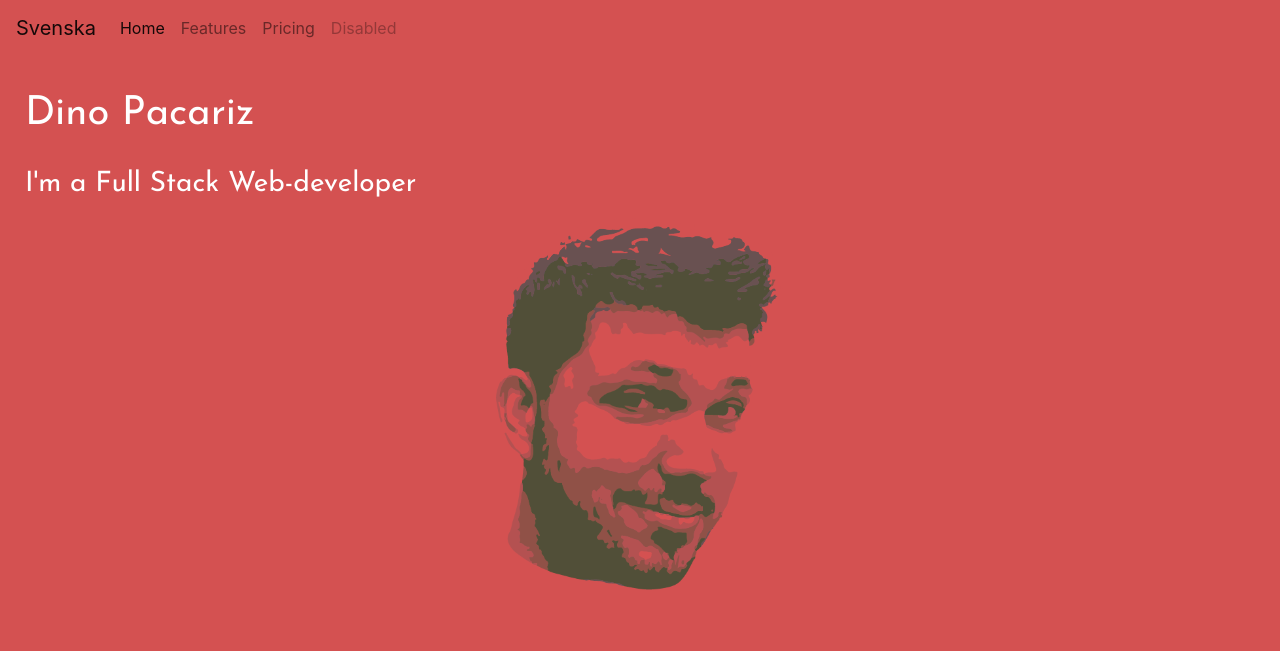
Repository: ImDino/Portfolio
Page: index.html
The author's editor kept a copy of each file at every save. The page is drawn from the files as they stood at one save, then again after the next save.
The browser window is 1280 px wide. The pictures show the whole page.
Some web libraries are served in a nearby version. The style sheet was rebuilt from its Sass, Less or Tailwind sources for each picture, by a compiler version that may differ from the author's.

Above is the page before, as saved 2020-11-04 13:26:41.

After the next save:
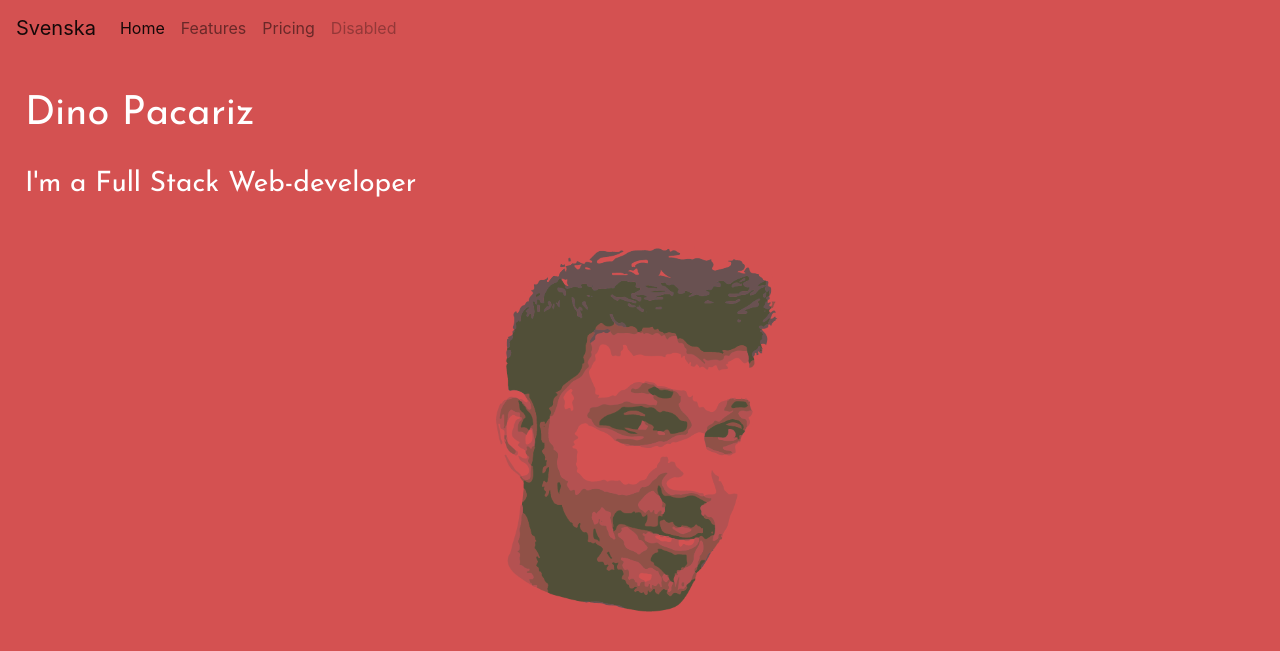
Saved 5 s later.
--- a/scss/main.scss
+++ b/scss/main.scss
@@ -45,7 +45,7 @@ body {
     bottom: 0;
     left: 0;
     right: 0;
-    margin-bottom: 18vh;
+    margin-bottom: 15vh;
     background: url('/img/vectorFace.png') no-repeat;
     background-color: #D45151;
     z-index: -2;
